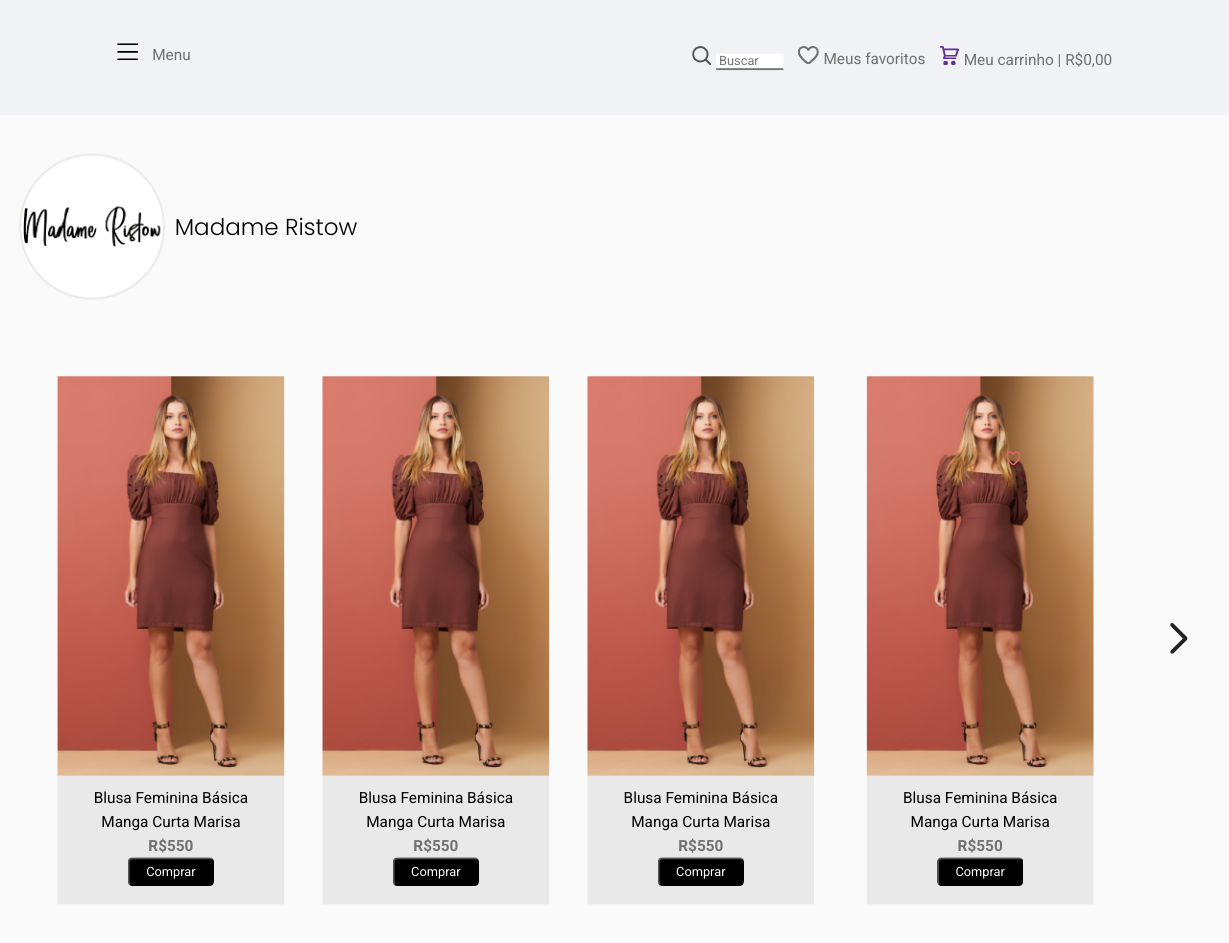
Repository: gutobarbosa/FrontEndLojaVirtual
Page: /
These files come from the project's save history. The page is drawn as it stood at one moment and after the next save; the edit follows.
The browser window is 1280 px wide. The pictures show the whole page, at 96% of full size.
The project was rebuilt for these pictures with package versions that can differ from the ones it lists, and the page was loaded fresh each time. Also part of the build but not shown: src/pages/Repository/styles.ts, src/services/api.ts, src/pages/Repository/index.tsx.

Above is the page before, as saved 2020-11-20 22:46:25.

After the next save:
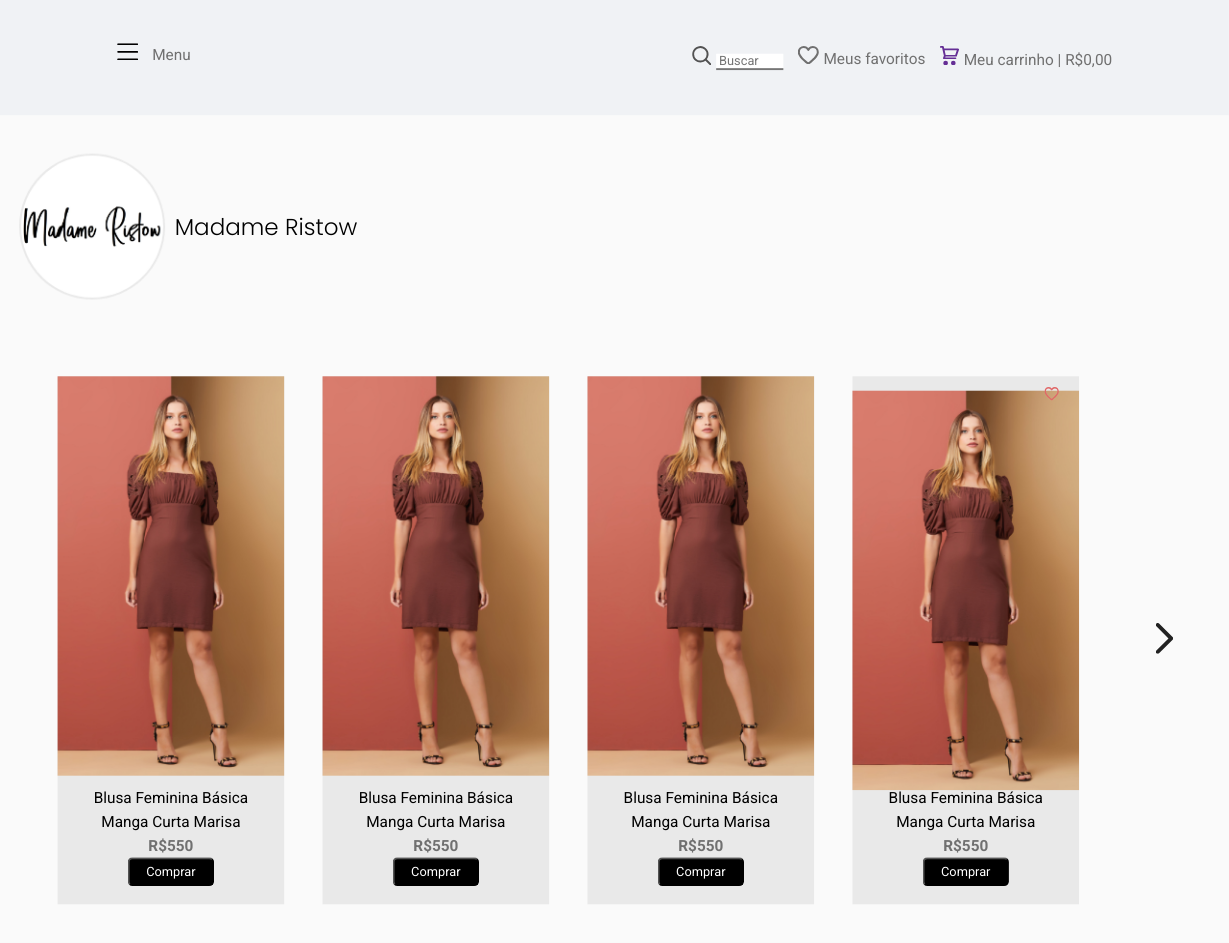
Saved 68 s later.
--- a/src/pages/Dashboard/index.tsx
+++ b/src/pages/Dashboard/index.tsx
@@ -57,12 +57,13 @@ const Dashboard: React.FC = () => {
                 </div>
             </div>
         </div>
-        <div className="iconHeart">
+        <div className="productBox">
+            <div className="productImage">
+            <div className="iconHeart">
                 <img src={iconheart} alt="Product" />
             </div>
-        <div className="productBox">
-            <div className="productImage">
             <img src={productimage} alt="Product" />
+
             </div>
             <div className="productinformation">
                 <p>Blusa Feminina Básica Manga Curta Marisa<br/></p>
